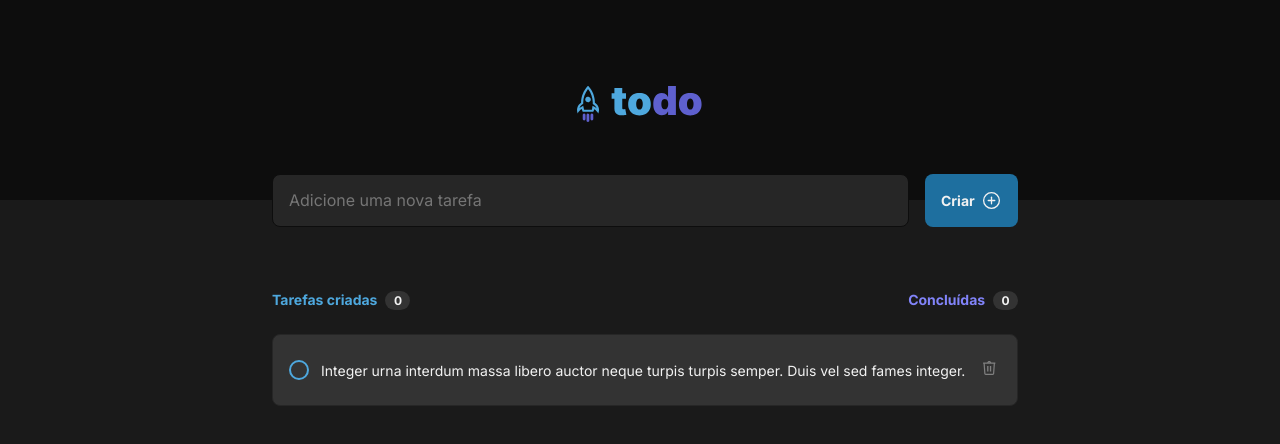
Repository: viniimartins/ToDoListROCKETSEAT
Page: /
The author's editor kept a copy of each file at every save. The page is drawn from the files as they stood at one save, then again after the next save.
The browser window is 1280 px wide. The pictures show the whole page.
The project was rebuilt for these pictures with package versions that can differ from the ones it lists, and the page was loaded fresh each time. Also part of the build but not shown: vite.config.ts.

Above is the page before, as saved 2023-05-08 14:42:08.

### index.html
<!DOCTYPE html>
<html lang="en">
  <head>
    <meta charset="UTF-8" />

    <link rel="preconnect" href="https://fonts.googleapis.com" />
    <link rel="preconnect" href="https://fonts.gstatic.com" crossorigin />

    <link rel="icon" type="image/svg+xml" href="/vite.svg" />
    <meta name="viewport" content="width=device-width, initial-scale=1.0" />
    <title>Vite + React + TS</title>

    <link
      href="https://fonts.googleapis.com/css2?family=Inter:wght@400;700&display=swap"
      rel="stylesheet"
    />
  </head>
  <body>
    <div id="root"></div>
    <script type="module" src="/src/main.tsx"></script>
  </body>
</html>

### src/App.tsx
import { Header } from "./Components/Header";
import { AddTask } from "./Components/AddTask";
import { Task } from "./Components/Task";

import styles from "./App.module.css";
import "./global.css";

export function App() {
  return (
    <>
      <div>
        <Header />

        <main className={styles.wrapper}>
          <AddTask />

            <Task />
        </main>
      </div>
    </>
  );
}

### src/Components/Header.tsx
import styles from "./Header.module.css";
import Logo from "../assets/Logo.svg";

export function Header() {
  return (
    <>
      <header className={styles.header}>
        <img src={Logo} />
      </header>
    </>
  );
}

### src/Components/AddTask.tsx
import { PlusCircle } from "phosphor-react";
import styles from "./AddTask.module.css";

export function AddTask() {
  return (
    <div className={styles.inputs}>
      <input
        className={styles.inputText}
        type="text"
        placeholder="Adicione uma nova tarefa"
      />
      <button className={styles.Button}>
        <span className={styles.ButtonText}>Criar</span>
        <PlusCircle size={21} />
      </button>
    </div>
  );
}

### src/Components/Task.tsx
import { TaskCreated } from "./TaskCreated";
import { TaskNotCreate } from "./TaskNotCreated";
import styles from "./task.module.css";

export function Task() {
  return (
    <div className={styles.task}>
      <header className={styles.taskHeader}>
        <div className={styles.taskCreated}>
          <p>Tarefas criadas</p>

          <span className={styles.taskCounter}>
            <p>0</p>
          </span>
        </div>

        <div className={styles.taskConcluded}>
          <p>Concluídas</p>

          <span className={styles.taskCounter}>
            <p>0</p>
          </span>
        </div>
      </header>

      <div>
          <TaskCreated />

      </div>
    </div>
  );
}

### src/App.module.css
.wrapper {
  max-width: 46rem;
  margin: -1.656rem auto;

  display: grid;
  grid-template-columns: 1fr;
  gap: 4rem;
  align-items: flex-start;

}

### src/global.css
:root {
  --white: #fff;

  --gray-100: #f2f2f2;
  --gray-200: #d9d9d9;
  --gray-300: #808080;
  --gray-400: #333333;
  --gray-500: #262626;
  --gray-600: #1a1a1a;
  --gray-700: #0d0d0d;

  --purble: #8284fa;
  --purbleDark: #5e60ce;

  --blue: #4ea8de;
  --blueDark: #1E6F9F;

  --darger: #e25858;
}

:focus {
  outline: transparent;
  box-shadow: 0 0 0 2px var(--purbleDark);
}

* {
  margin: 0;
  padding: 0;
  box-sizing: border-box;
}

body {
  background: var(--gray-600);
  color: var(--gray-100);
  -webkit-font-smoothing: antialiased;
}

body,
input,
textarea,
button {
  font-family: "Inter", sans-serif;
  font-weight: 400;
  font-size: 1rem;
}

### src/Components/Header.module.css
.header {
  height: 12.5rem;
  background-color: var(--gray-700);
  display: flex;
  justify-content: center;
  align-items: center;
}

.header img {
  width: 7.875rem;
  height: 3rem;
}

### src/Components/AddTask.module.css
.inputs {
  display: flex;
  gap: 1rem;
}

.inputText {
  width: 39.813rem;
  height: 3.313rem;

  border-radius: 0.5rem;
  padding: 1rem;
  border: 1px solid var(--gray-700);
  color: var(--gray-100);

  font-weight: 400;
  font-size: 1rem;
  background-color: var(--gray-500);
}

.Button {
  display: flex;
  align-items: center;

  background-color: var(--blueDark);
  color: var(--gray-100);

  border: none;
  border-radius: 0.5rem;
  padding: 1rem;
  cursor: pointer;
  gap: 0.4rem;


  font-weight: 700;
  font-size: 0.875rem;
}

.Button:hover {
  background: var(--blue);
}

### src/Components/TaskCreated.tsx
import React, { useState } from "react";
import styles from "./TaskCreated.module.css";
import Trash from "../assets/trash.svg";

interface Props {
  label: string;
}

export function TaskCreated({ label }: Props) {
  const [checked, setChecked] = useState(false);

  const handleChange = (event: React.ChangeEvent<HTMLInputElement>) => {
    setChecked(event.target.checked);
  };

  return (
    <div className={styles.taskCreated}>
      <label className={styles.checkbox}>
        <input type="checkbox" checked={checked} onChange={handleChange} />
        <span className={styles.checkmark}></span>
        <span className={styles.label}>
          Integer urna interdum massa libero auctor neque turpis turpis semper.
          Duis vel sed fames integer.
        </span>
      </label>

      <button>
        <img src={Trash} alt="trash" />
      </button>
    </div>
  );
}

### src/Components/Task.module.css
.taskHeader {
  display: flex;
  justify-content: space-between;

  margin-bottom: 1.5rem;

}

.taskCreated {
  display: flex;
  gap: 0.5rem;
}

.taskCreated p {
  color: var(--blue);
  font-size: 0.875rem;
  font-weight: 700;
}

.taskConcluded {
  display: flex;
  gap: 0.5rem;
}

.taskConcluded p {
  color: var(--purble);
  font-size: 0.875rem;
  font-weight: 700;
}

.taskCounter {
  width: 25px;
  height: 19px;

  display: flex;
  align-items: center;
  justify-content: center;

  padding: 2px 8px;
  border-radius: 999px;

  background-color: var(--gray-400);
}

.taskCounter p {
  font-size: 12px;
  font-weight: 700;
  line-height: 15px;
  background-color: transparent;
  color: inherit;
}

### src/Components/TaskCreated.module.css
.taskCreated {
  display: flex;
  align-items: center;
  justify-content: space-between;

  background-color: var(--gray-400);
  border: 1px solid var(--gray-500);

  height: 4.5rem;
  border-radius: 0.5rem;
  padding: 1rem;
  margin-bottom: 0.75rem;
}

.checkbox {
  display: inline-block;
  position: relative;
  cursor: pointer;
  user-select: none;
}

.checkbox input {
  position: absolute;
  opacity: 0;
  cursor: pointer;
}

.checkmark {
  position: absolute;
  top: 0;
  left: 0;
  height: 20px;
  width: 20px;
  border: 2px solid var(--blue);
  border-radius: 50%;
  background-color: transparent;
}

.checkbox:hover input ~ .checkmark {
  background-color: var(--blueDark);
}

.checkbox input:checked ~ .checkmark {
  background-color: var(--purbleDark);
  border-color: var(--purbleDark);
}

.checkbox input:checked ~ .checkmark:hover {
  background-color: var(--purble);
  border-color: var(--purble);
}

.checkmark::after {
  content: "";
  position: absolute;
  display: none;
}

.checkbox input:checked ~ .checkmark::after {
  display: block;
}

.checkbox .checkmark::after {
  left: 5px;
  top: 1px;
  width: 4px;
  height: 9px;
  border: solid white;
  border-width: 0 1.9px 1.9px 0;
  transform: rotate(45deg);
}

.label {
  margin-left: 2rem;
  font-size: 0.875rem;
}

button {
  border: none;
  background: none;
  cursor: pointer;
}

Loaded but not shown: src/main.tsx (common file)

After the next save:
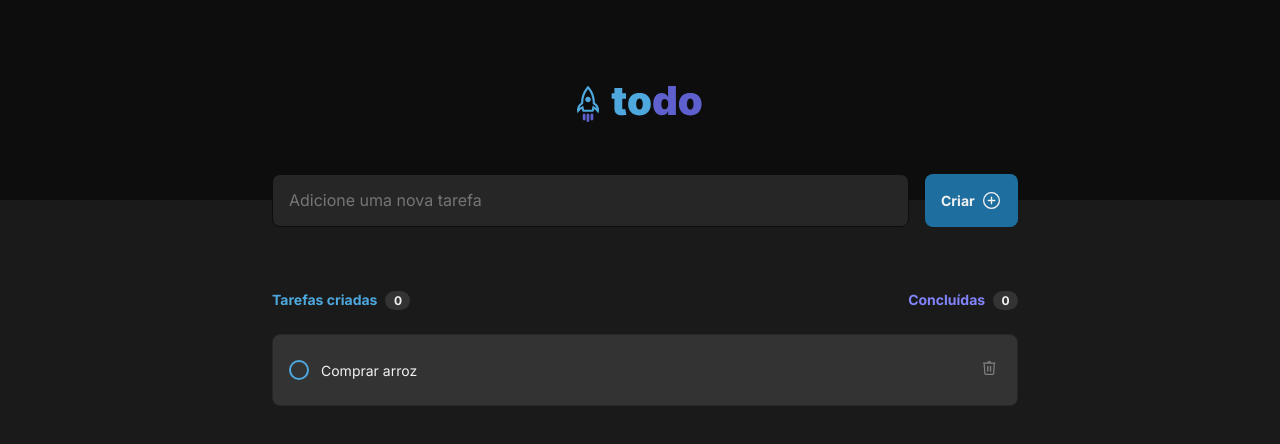
Saved 28 s later.
--- a/src/Components/TaskCreated.tsx
+++ b/src/Components/TaskCreated.tsx
@@ -19,8 +19,7 @@ export function TaskCreated({ label }: Props) {
         <input type="checkbox" checked={checked} onChange={handleChange} />
         <span className={styles.checkmark}></span>
         <span className={styles.label}>
-          Integer urna interdum massa libero auctor neque turpis turpis semper.
-          Duis vel sed fames integer.
+          Comprar arroz
         </span>
       </label>
 
